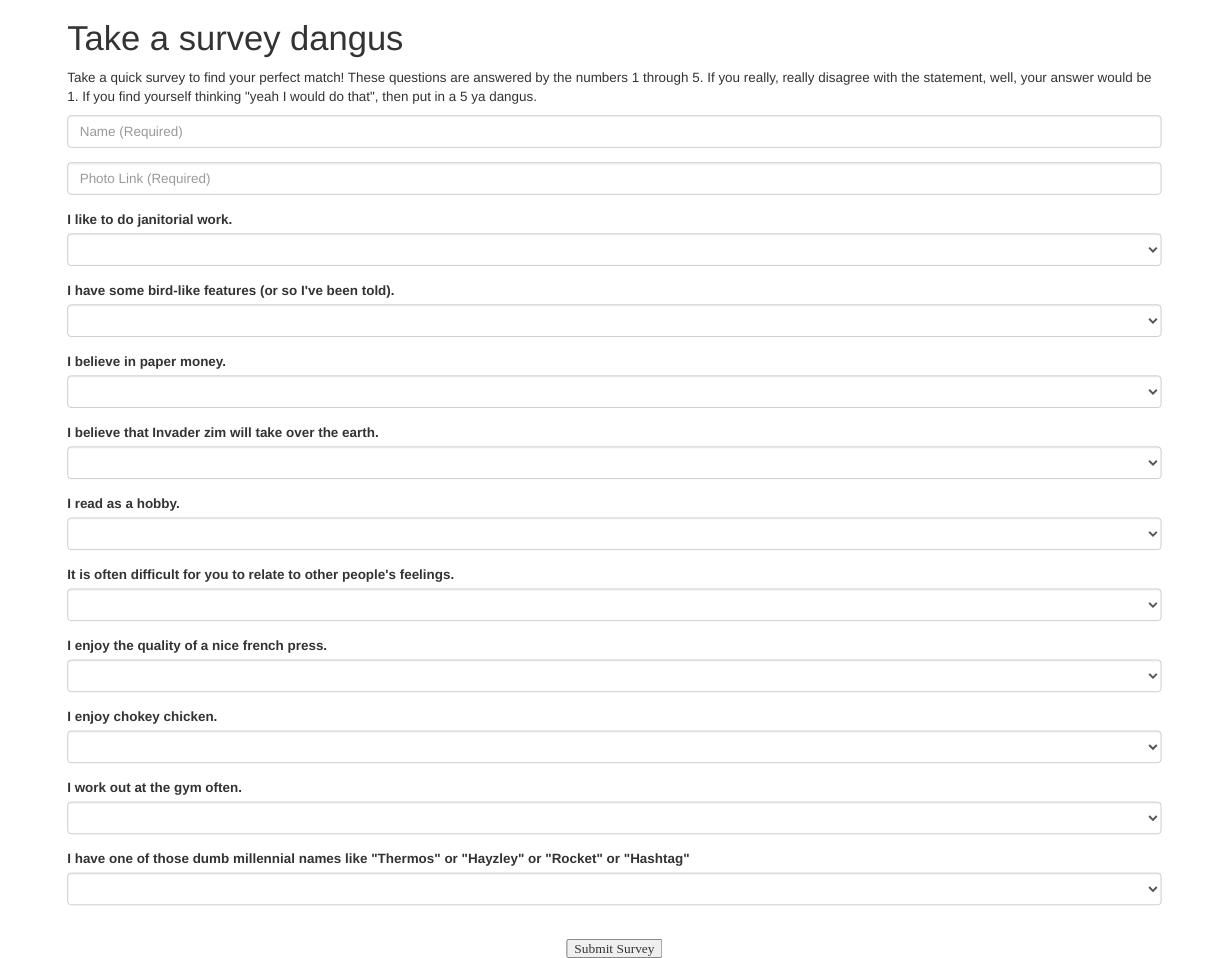
Repository: kcummings1/Mate-Matcher
Page: public/survey.html
These files come from the project's save history. The page is drawn as it stood at one moment and after the next save; the edit follows.
The browser window is 1280 px wide. The pictures show the whole page, at 96% of full size.
Some web libraries are served in a nearby version.

Above is the page before, as saved 2019-10-05 12:28:56.

After the next save:
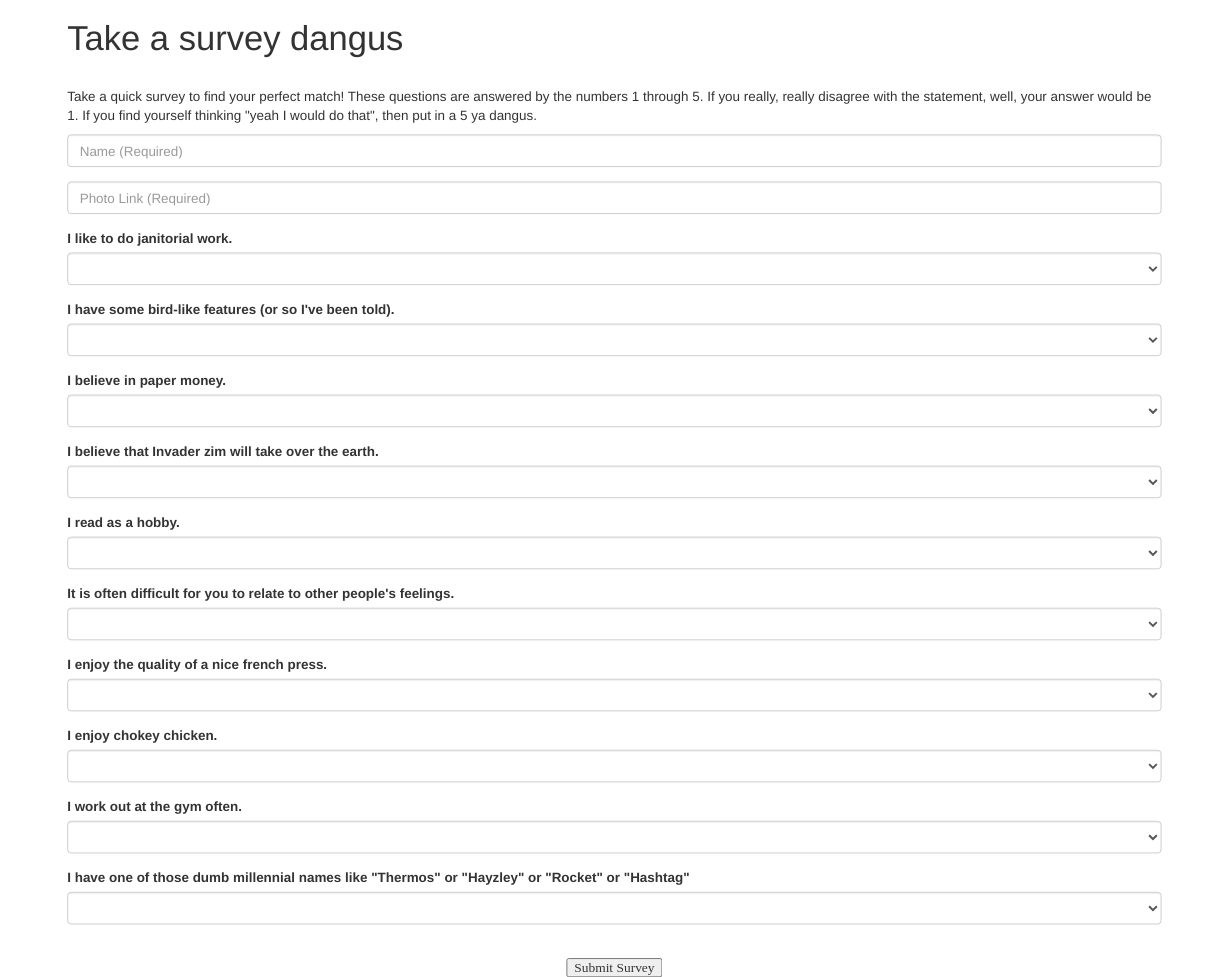
Saved 116 s later.
--- a/public/survey.html
+++ b/public/survey.html
@@ -11,7 +11,7 @@
 
     <div class="container">
 
-        <h1>Take a survey dangus</h1>
+        <h1>Take a survey dangus</h1> <br>
         <p>Take a quick survey to find your perfect match! These questions are answered by the numbers 1 through 5. If
             you really, really disagree with the statement, well, your answer would be 1. If you find yourself thinking
             "yeah I would do that", then put in a 5 ya dangus.</p>
